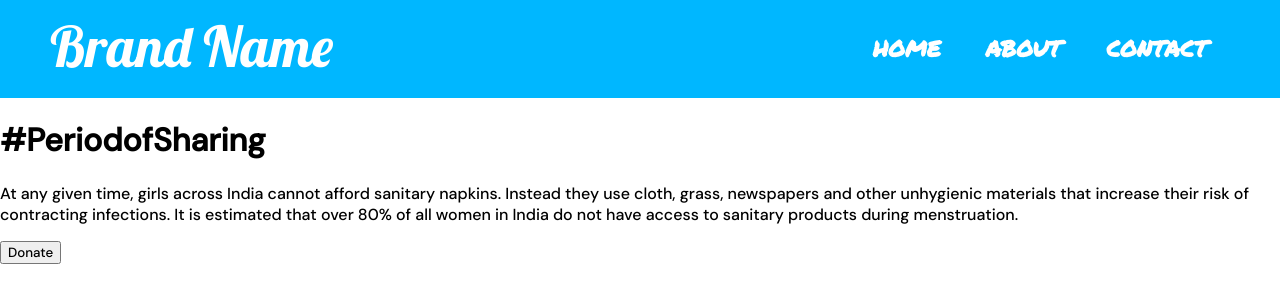
Repository: Jrap-bit/PeriodofSharing
Page: index.html
These files come from the project's save history. The page is drawn as it stood at one moment and after the next save; the edit follows.
The browser window is 1280 px wide. The pictures show the whole page.

Above is the page before, as saved 2022-01-13 23:48:26.

After the next save:
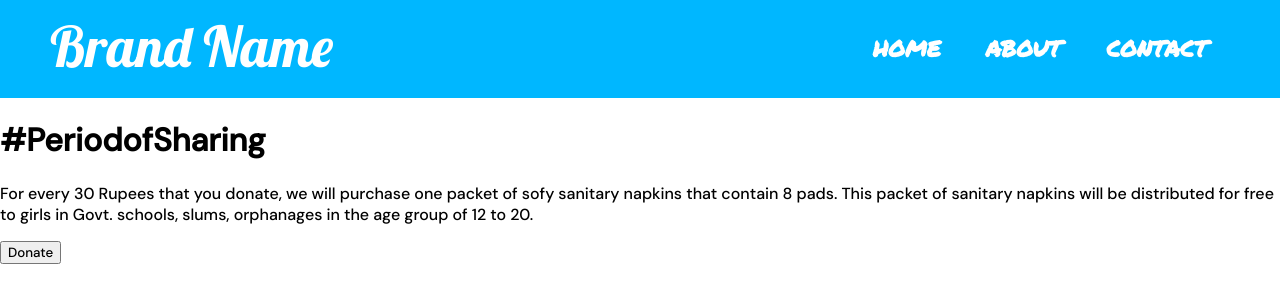
Saved 75 s later.
--- a/index.html
+++ b/index.html
@@ -5,7 +5,7 @@
     <meta http-equiv="X-UA-Compatible" content="IE=edge" />
     <meta name="viewport" content="width=device-width, initial-scale=1.0" />
     <link rel="stylesheet" href="style.css" />
-    <title>Women</title>
+    <title>#PeriodofSharing</title>
   </head>
   <body>
     <nav class="navbar">
@@ -24,16 +24,15 @@
       </div>
     </nav>
     <div id="Home" class="home">
-        <h1>#PeriodofSharing</h1>
+      <h1>#PeriodofSharing</h1>
       <p>
-        At any given time, girls across India cannot afford sanitary napkins.
-        Instead they use cloth, grass, newspapers and other unhygienic materials
-        that increase their risk of contracting infections. It is estimated that
-        over 80% of all women in India do not have access to sanitary products
-        during menstruation.
+        For every 30 Rupees that you donate, we will purchase one packet of sofy
+        sanitary napkins that contain 8 pads. This packet of sanitary napkins
+        will be distributed for free to girls in Govt. schools, slums,
+        orphanages in the age group of 12 to 20.
       </p>
       <div>
-          <button class = "donate-button" href="Donate.html">Donate</button>
+        <button class="donate-button" href="Donate.html">Donate</button>
       </div>
     </div>
   </body>
